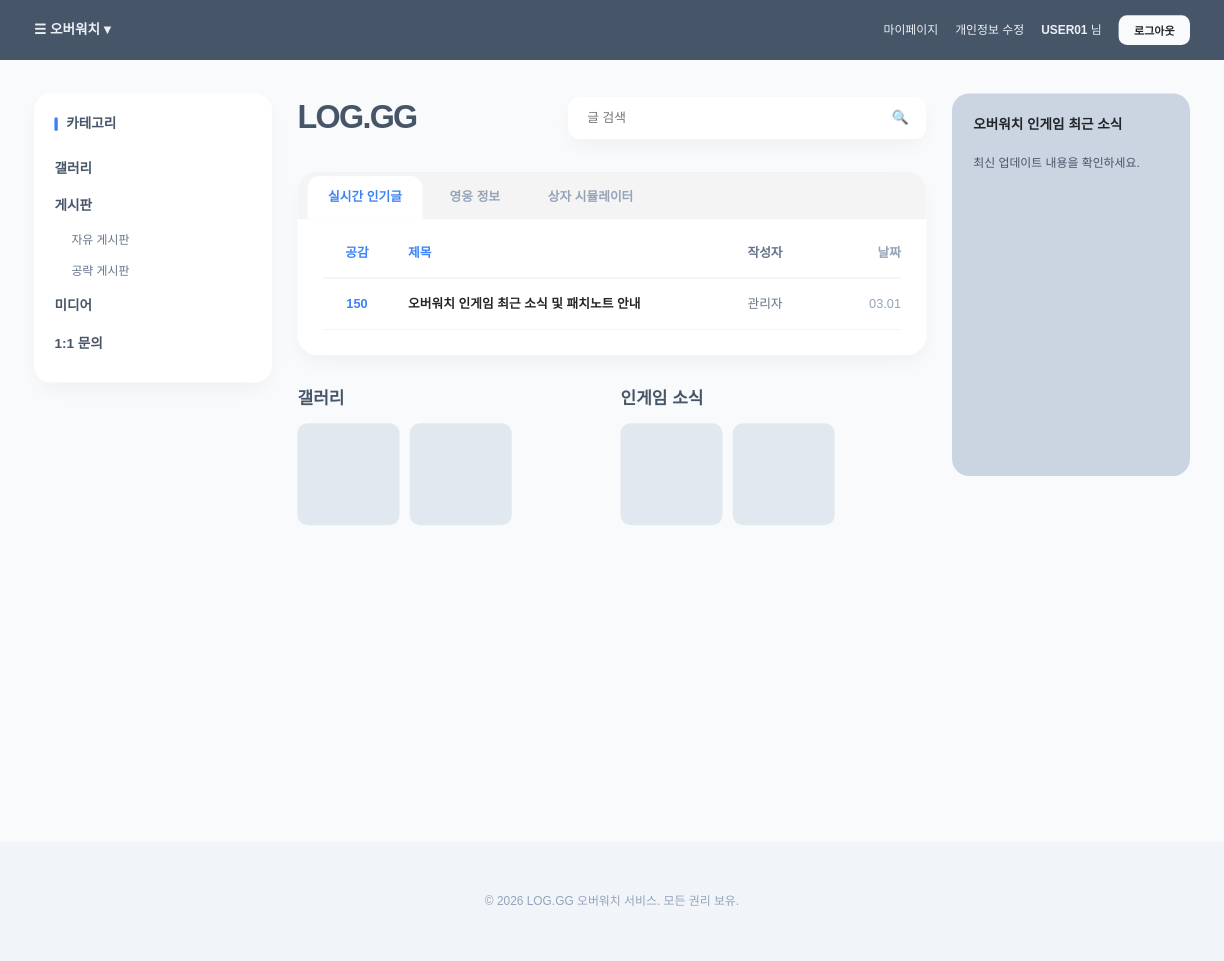
Repository: hoitman297/Semiproject_Team200
Page: SemiProject_Team200/src/main/webapp/WEB-INF/views/overwatch/오버워치메인페이지.html
An editor plug-in stored every save of this project. The page is shown before and after the next save, followed by the edit.
The browser window is 1280 px wide. The page is 1440 px wide, so the pictures cover 1440 px, including what lies to the right of the window. The pictures show the whole page, at 85% of full size.
Some web fonts or font styles are not loaded; a fallback is used.

Above is the page before, as saved 2026-03-16 02:16:02.

After the next save:
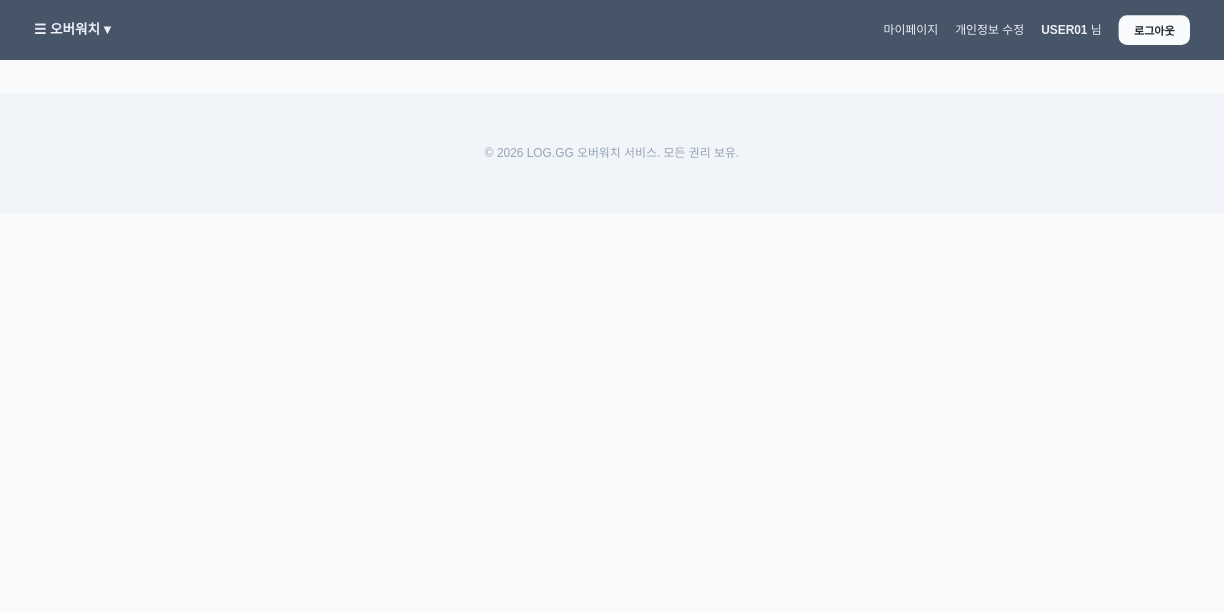
Saved 9 s later.
--- a/SemiProject_Team200/src/main/webapp/WEB-INF/views/overwatch/오버워치메인페이지.html
+++ b/SemiProject_Team200/src/main/webapp/WEB-INF/views/overwatch/오버워치메인페이지.html
@@ -377,81 +377,7 @@
         </div>
     </header>
 
-    <div class="main-layout">
-        <aside class="side-left">
-            <div class="side-card">
-                <h3>카테고리</h3>
-                <div class="menu-item">갤러리</div>
-                <div class="menu-item">게시판</div>
-                <div class="sub-item">자유 게시판</div>
-                <div class="sub-item">공략 게시판</div>
-                <div class="menu-item">미디어</div>
-                <div class="menu-item">1:1 문의</div>
-            </div>
-        </aside>
-
-        <main class="content-area">
-            <div class="top-row">
-                <a href="../메인페이지.html">
-                    <div class="logo">LOG.GG</div>
-                </a>
-                <div class="search-bar">
-                    <input type="text" placeholder="글 검색">
-                    <span>🔍</span>
-                </div>
-            </div>
-
-            <div class="board-card">
-                <div class="tab-menu">
-                    <div class="tab-item active">실시간 인기글</div>
-                    <a href="./오버워치영웅정보.html">
-                        <div class="tab-item">영웅 정보</div>
-                    </a>
-                    <a href="../상자시뮬/상자시뮬.html">
-                        <div class="tab-item">상자 시뮬레이터</div>
-                    </a>
-                </div>
-                <div class="tab-content">
-                    <div class="board-row header-row">
-                        <div class="col-likes">공감</div>
-                        <div class="col-title">제목</div>
-                        <div class="col-author">작성자</div>
-                        <div class="col-date">날짜</div>
-                    </div>
-                    <div class="board-row">
-                        <div class="col-likes">150</div>
-                        <div class="col-title">오버워치 인게임 최근 소식 및 패치노트 안내</div>
-                        <div class="col-author">관리자</div>
-                        <div class="col-date">03.01</div>
-                    </div>
-                </div>
-            </div>
-
-            <div class="bottom-grid">
-                <div class="grid-box">
-                    <h4>갤러리</h4>
-                    <div class="thumb-container">
-                        <div class="thumb"></div>
-                        <div class="thumb"></div>
-                    </div>
-                </div>
-                <div class="grid-box">
-                    <h4>인게임 소식</h4>
-                    <div class="thumb-container">
-                        <div class="thumb"></div>
-                        <div class="thumb"></div>
-                    </div>
-                </div>
-            </div>
-        </main>
-
-        <aside class="sidebar-right">
-            <h3>오버워치 인게임 최근 소식</h3>
-            <div style="font-size: 14px; color: #475569; line-height: 1.8;">
-                최신 업데이트 내용을 확인하세요.
-            </div>
-        </aside>
-    </div>
+
 
     <footer>© 2026 LOG.GG 오버워치 서비스. 모든 권리 보유.</footer>
 
